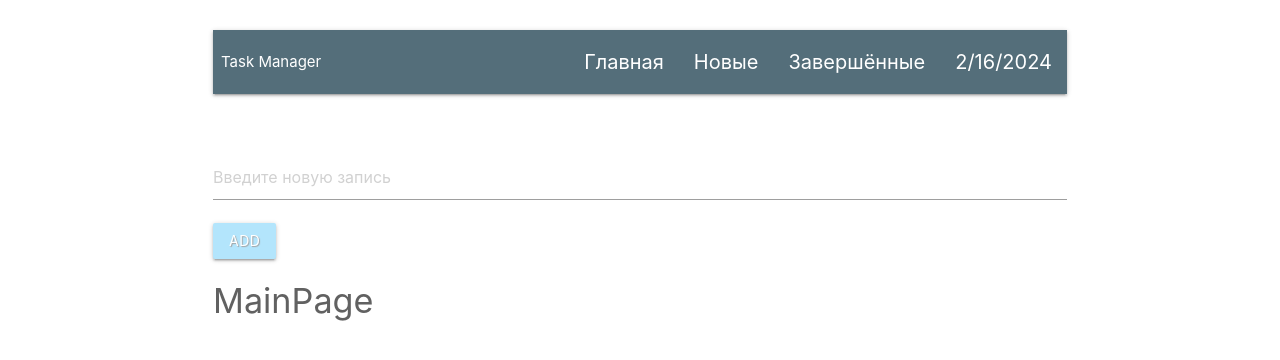
Repository: iveivs/myReactTaskManager
Page: /
An editor plug-in stored every save of this project. The page is shown before and after a run of saves, followed by the edit.
The browser window is 1280 px wide. The pictures show the whole page.
The project was rebuilt for these pictures with package versions that can differ from the ones it lists, and the page was loaded fresh each time. Also part of the build but not shown: vite.config.js, src/components/DoneTasks.jsx, src/components/NewTasks.jsx.

Above is the page before, as saved 2024-02-21 10:58:24.

After the next 4 saves:
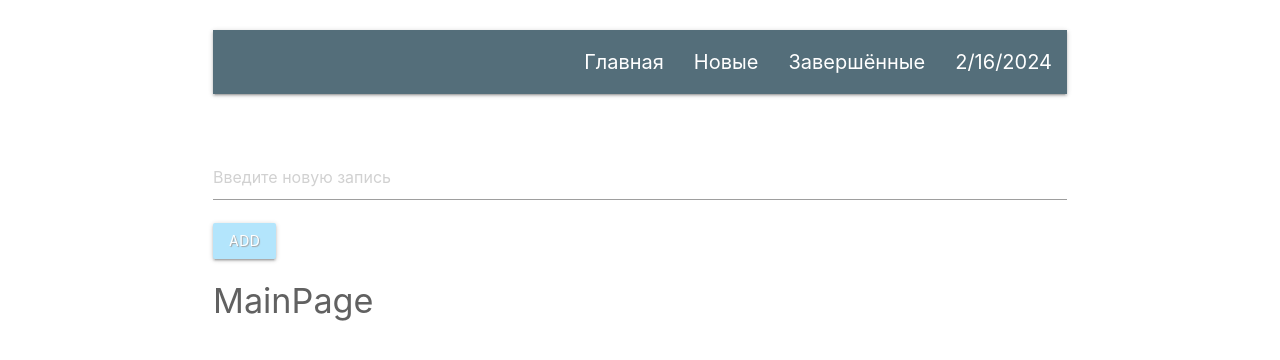
The 4 saves are shown as one change because they came seconds apart.
The last was saved 16 s later.
--- a/src/components/Header.jsx
+++ b/src/components/Header.jsx
@@ -6,7 +6,7 @@
         <nav className="blue-grey darken-1">
             <div className="nav-wrapper">
                 <div>
-                    <p>Task Manager</p>
+                    <p className="brand-logo">Task Manager</p>
                 </div>
                 {/* <* id="nav-mobile" className="right hide-on-med-and-down"> */}
                 <ul className="right">

After the save that followed:
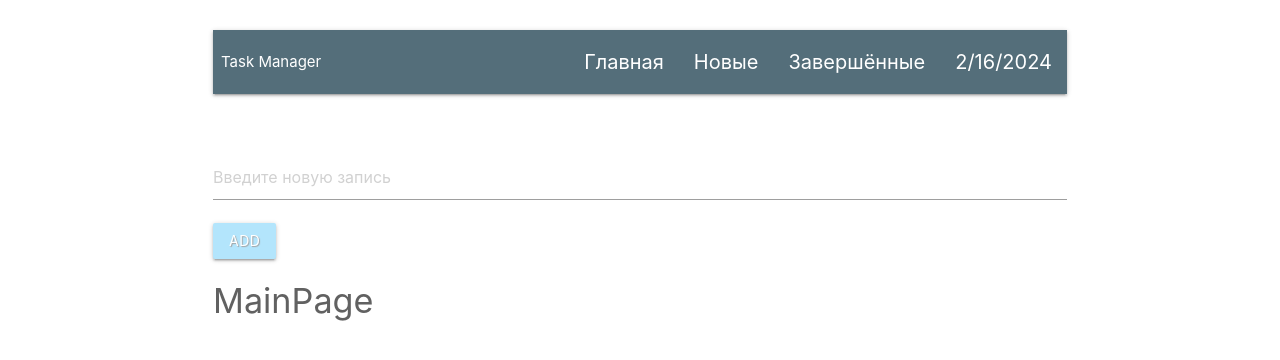
Saved 15 s later.
--- a/src/components/Header.jsx
+++ b/src/components/Header.jsx
@@ -6,7 +6,7 @@
         <nav className="blue-grey darken-1">
             <div className="nav-wrapper">
                 <div>
-                    <p className="brand-logo">Task Manager</p>
+                    <p className="">Task Manager</p>
                 </div>
                 {/* <* id="nav-mobile" className="right hide-on-med-and-down"> */}
                 <ul className="right">
